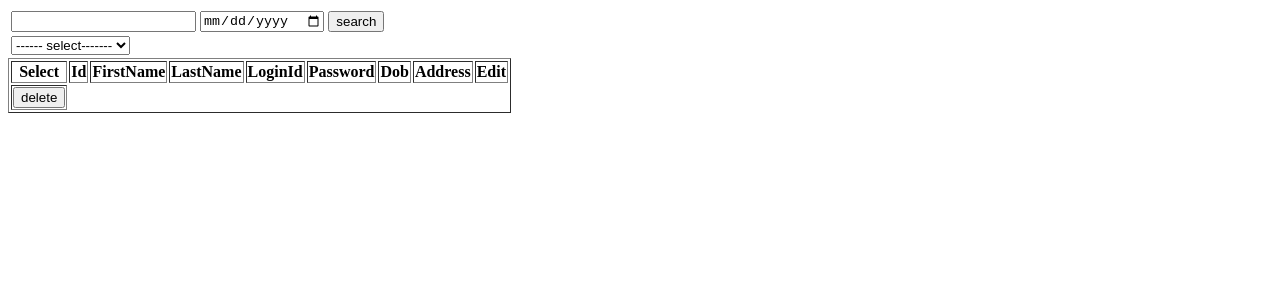
Repository: rish1208/Advance_java
Page: http://localhost/Use-case/UserListCtl
An editor plug-in stored every save of this project. The page is shown before and after the next save, followed by the edit.
The browser window is 1280 px wide. The pictures show the whole page.
The page is served by Tomcat 9. Other server files are loaded and not shown. Queries for data that is not in the repository find no rows.

Above is the page before, as saved 2024-04-07 21:21:28.

### Advance java Workspace/Use-case/WebContent/UserListView.jsp
<%@page import="in.co.rays.bean.UserBean"%>
<%@page import="java.util.Iterator"%>
<%@page import="java.util.List"%>
<%@ page language="java" contentType="text/html; charset=ISO-8859-1"
	pageEncoding="ISO-8859-1"%>
<!DOCTYPE html>
<html>
<head>
<meta charset="ISO-8859-1">
<title>Insert title here</title>
</head>
<body>
	<%
		List list = (List) request.getAttribute("list");
		Iterator it = list.iterator();
	%>
	<form action="UserListCtl" method="post">
		<table>
			<tr>
				<td><input type="text" name="firstName"></td>
				<td><input type="Date" name="dob"></td>
				<td><input type="submit" name="operation" value="search"></td>
			</tr>

			<td><select name="preload">
					<option>------ select-------</option>
					<%
						Iterator it1 = list.iterator();
						while (it1.hasNext()) {
							UserBean bean1 = (UserBean) it1.next();
					%>
					<option value="<%=bean1.getLastName()%>"><%=bean1.getLastName()%></option>
					<%
						}
					%>
			</td>

		</table>
		<table border="1%">
			<tr>
				<th>Select</th>
				<th>Id</th>
				<th>FirstName</th>
				<th>LastName</th>
				<th>LoginId</th>
				<th>Password</th>
				<th>Dob</th>
				<th>Address</th>
				<th>Edit</th>
			</tr>
			<%
				while (it.hasNext()) {
					UserBean bean = (UserBean) it.next();
			%>
			<tr>
				<td><input type="checkbox" name="ids" value="<%=bean.getId()%>"></td>
				<td><%=bean.getId()%></td>
				<td><%=bean.getFirstName()%></td>
				<td><%=bean.getLastName()%></td>
				<td><%=bean.getLoginId()%></td>
				<td><%=bean.getPassword()%></td>
				<td><%=bean.getDob()%></td>
				<td><%=bean.getAddress()%></td>
				<td><a href="UserCtl?id">Edit</a></td>
				<%
					}
				%>
			</tr>

			<tr>
				<td><input type="submit" name="operation" value="delete"></td>
			</tr>
		</table>


	</form>
</body>
</html>

### Advance java Workspace/Use-case/src/in/co/rays/ctl/UserListCtl.java
package in.co.rays.ctl;

import java.io.IOException;
import java.text.ParseException;
import java.text.SimpleDateFormat;
import java.util.List;

import javax.servlet.RequestDispatcher;
import javax.servlet.ServletException;
import javax.servlet.annotation.WebServlet;
import javax.servlet.http.HttpServlet;
import javax.servlet.http.HttpServletRequest;
import javax.servlet.http.HttpServletResponse;

import in.co.rays.bean.UserBean;
import in.co.rays.model.UserModel;


@WebServlet("/UserListCtl")
public class UserListCtl extends HttpServlet {
	@Override
		protected void doGet(HttpServletRequest req, HttpServletResponse resp) throws ServletException, IOException {
		int pageNo=1;
				int pageSize = 5;
				UserModel model = new UserModel();

		try {
			List list = model.search(null, 1, 5);
			req.setAttribute("list", list);
			RequestDispatcher rd = req.getRequestDispatcher("UserListView.jsp");
			rd.forward(req, resp);
		} catch (Exception e) {

			e.printStackTrace();
		}
		}
@Override
protected void doPost(HttpServletRequest req, HttpServletResponse resp) throws ServletException, IOException {
	SimpleDateFormat sdf = new SimpleDateFormat("yyyy-MM-dd");
	UserBean bean = null;
	UserModel model = new UserModel();
	 String fname = req.getParameter("firstName");
	 String dob = req.getParameter("dob");
	 String op = req.getParameter("operation");

//	 if(op.equals("search")) {
//		 bean = new UserBean();
//		 bean.setFirstName(fname);
//	 }
	 if(op.equals("search")) {
		 try {

			 bean = new UserBean();
			bean.setDob(sdf.parse(dob));
	} catch (ParseException e) {

			e.printStackTrace();
		}
	 }
	 if(op.equals("preload")){
		 bean = new UserBean();
		 String lname = req.getParameter("preload");
		 if(lname !=null && lname.length()>0) {
			 bean.setLastName(lname);
		 }}
	 if (op.equals("delete")){
		 String[] ids = req.getParameterValues("ids");
		 if(ids !=null && ids.length>0) {
			 for(String id : ids)
				try {
					model.delete(Integer.parseInt(id));
				} catch (Exception e) {
					e.printStackTrace();
				}

		 }
	 }
	 try {
		List list = model.search(bean,1, 0);
		req.setAttribute("list", list);
		RequestDispatcher rd = req.getRequestDispatcher("UserListView.jsp");
		rd.forward(req, resp);
	} catch (Exception e) {

		e.printStackTrace();
	}
	 }

}

### Advance java Workspace/Use-case/src/in/co/rays/model/UserModel.java
package in.co.rays.model;

import java.sql.Connection;
import java.sql.Date;
import java.sql.DriverManager;
import java.sql.PreparedStatement;
import java.sql.ResultSet;
import java.util.ArrayList;
import java.util.Iterator;
import java.util.List;

import in.co.rays.bean.UserBean;

public class UserModel {


	public static Integer nextPk() throws Exception {

		int pk = 0;

		Class.forName("com.mysql.cj.jdbc.Driver");

		Connection conn = DriverManager.getConnection("jdbc:mysql://localhost:3306/pratise", "root", "root");

		PreparedStatement pstmt = conn.prepareStatement("select max(id) from user");

		ResultSet rs = pstmt.executeQuery();

		while (rs.next()) {

			pk = rs.getInt(1);

		}
		return pk + 1;
}
	public static void add(UserBean bean) throws Exception{
		int pk = nextPk();
		Class.forName("com.mysql.cj.jdbc.Driver");
		Connection conn= DriverManager.getConnection("jdbc:mysql://localhost:3306/pratise","root","root");
		PreparedStatement pstmt = conn.prepareStatement("insert into user values(?,?,?,?,?,?,?)");

		pstmt.setInt(1, pk);
		pstmt.setString(2, bean.getFirstName());
		pstmt.setString(3, bean.getLastName());
		pstmt.setString(4, bean.getLoginId());
		pstmt.setString(5, bean.getPassword());
		pstmt.setDate(6, new java.sql.Date(bean.getDob().getTime()));
		pstmt.setString(7, bean.getAddress());

		int i = pstmt.executeUpdate();
		System.out.println("data added"+1);


	}
	public static void update(UserBean bean) throws Exception{
		Class.forName("com.mysql.cj.jdbc.Driver");
		Connection conn= DriverManager.getConnection("jdbc:mysql://localhost:3306/pratise","root","root");
		PreparedStatement pstmt = conn.prepareStatement("update user set first_name=?, last_name=?, login_id=?, password=?, dob=?,address=? where id=?");


		pstmt.setString(2, bean.getFirstName());
		pstmt.setString(1, bean.getLastName());
		pstmt.setString(3, bean.getLoginId());
		pstmt.setString(4, bean.getPassword());
		pstmt.setDate(5, new java.sql.Date(bean.getDob().getTime()));
		pstmt.setString(6, bean.getAddress());
		pstmt.setInt(7, bean.getId());
		int i = pstmt.executeUpdate();
		System.out.println("data updated"+1);
}
	public static void delete(int id) throws Exception{
		int pk= nextPk();
		Class.forName("com.mysql.cj.jdbc.Driver");
		Connection conn= DriverManager.getConnection("jdbc:mysql://localhost:3306/pratise","root","root");
		PreparedStatement pstmt = conn.prepareStatement("delete from user where id=?");

		pstmt.setInt(1, id);
		int i = pstmt.executeUpdate();
		System.out.println("data deleted"+1);
	}
	public  UserBean findByPk(int id) throws Exception{

		Class.forName("com.mysql.cj.jdbc.Driver");
		Connection conn= DriverManager.getConnection("jdbc:mysql://localhost:3306/pratise","root","root");
		PreparedStatement pstmt = conn.prepareStatement("select * from user where id =?");
		pstmt.setInt(1, id);
		ResultSet rs = pstmt.executeQuery();
		UserBean bean = new UserBean();
		while(rs.next()) {
			bean = new UserBean();
			bean.setId(rs.getInt(1));
			bean.setFirstName(rs.getString(2));
			bean.setLastName(rs.getString(3));
			bean.setLoginId(rs.getString(4));
			bean.setPassword(rs.getString(5));
			bean.setDob(rs.getDate(6));
			bean.setAddress(rs.getString(7));
		}
		return bean;
	}
	public  UserBean Authentication(String loginId, String password) throws Exception{

		Class.forName("com.mysql.cj.jdbc.Driver");
		Connection conn= DriverManager.getConnection("jdbc:mysql://localhost:3306/pratise","root","root");
		PreparedStatement pstmt = conn.prepareStatement("select * from user where login_id =? and password=?");
		pstmt.setString(1, loginId);
		pstmt.setString(2, password);
		ResultSet rs = pstmt.executeQuery();
		UserBean bean = new UserBean();
		while(rs.next()) {
			bean = new UserBean();
			bean.setId(rs.getInt(1));
			bean.setFirstName(rs.getString(2));
			bean.setLastName(rs.getString(3));
			bean.setLoginId(rs.getString(4));
			bean.setPassword(rs.getString(5));
			bean.setDob(rs.getDate(6));
			bean.setAddress(rs.getString(7));
		}
		return bean;
	}

//public  List search(UserBean bean) throws Exception{
//
//		Class.forName("com.mysql.cj.jdbc.Driver");
//		Connection conn= DriverManager.getConnection("jdbc:mysql://localhost:3306/pratise","root","root");
//		StringBuffer sql = new StringBuffer("select * from user where 1=1");
//		if(bean !=null) {
//			if(bean.getFirstName() !=null && bean.getFirstName().length()>0) {
//				sql.append(" and first_name like ' " + bean.getFirstName()+ " % ' ");
//
//			}
//
//		if(bean.getDob() !=null && bean.getDob().getTime()>0) {
//			sql.append("and dob like'"+ new java.sql.Date(bean.getDob().getTime())+"%'");
//		}
//		}
//		PreparedStatement pstmt = conn.prepareStatement(sql.toString());
//		List list = new ArrayList();
//		ResultSet rs = pstmt.executeQuery();
//		while(rs.next()) {
//			bean.setId(rs.getInt(1));
//			bean.setFirstName(rs.getString(2));
//			bean.setLastName(rs.getString(3));
//			bean.setLoginId(rs.getString(4));
//			bean.setPassword(rs.getString(5));
//			bean.setDob(rs.getDate(6));
//			bean.setAddress(rs.getString(7));
//		}
//		return list;
//
//}

	public List search(UserBean bean, int pageNo, int pageSize) throws Exception {

	int pk = nextPk();

		Class.forName("com.mysql.cj.jdbc.Driver");

		Connection conn = DriverManager.getConnection("jdbc:mysql://localhost:3306/pratise", "root", "root");

		StringBuffer sql = new StringBuffer("select * from user where 1=1");

		if (bean != null) {

			if (bean.getFirstName() != null && bean.getFirstName().length() > 0) {
				sql.append(" and first_name like '" + bean.getFirstName() + "%'");
			}

			if (bean.getDob() != null && bean.getDob().getTime() > 0) {
				sql.append(" and dob like '" + new java.sql.Date(bean.getDob().getTime()) + "%'");
			}

		}

		if (pageSize > 0) {

			pageNo = (pageNo - 1) * pageSize;

			sql.append(" limit " + pageNo + ", " + pageSize);
		}

		System.out.println("sql => " + sql);

		PreparedStatement ps = conn.prepareStatement(sql.toString());

		ResultSet rs = ps.executeQuery();

		List list = new ArrayList();

		while (rs.next()) {
			bean = new UserBean();
			bean.setId(rs.getInt(1));
			bean.setFirstName(rs.getString(2));
			bean.setLastName(rs.getString(3));
			bean.setLoginId(rs.getString(4));
			bean.setPassword(rs.getString(5));
			bean.setDob(rs.getDate(6));
			bean.setAddress(rs.getString(7));
			list.add(bean);
		}
		return list;
	}
}

After the next save:
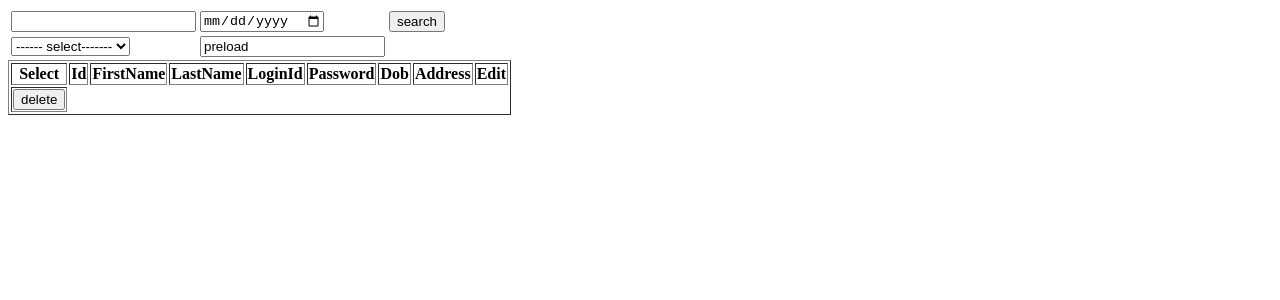
Saved 7 min 27 s later.
--- a/Advance java Workspace/Use-case/WebContent/UserListView.jsp
+++ b/Advance java Workspace/Use-case/WebContent/UserListView.jsp
@@ -33,7 +33,7 @@
 					<%
 						}
 					%>
-			</td>
+			<td><input type=text="submit" name="operation" value="preload"></td>
 
 		</table>
 		<table border="1%">
